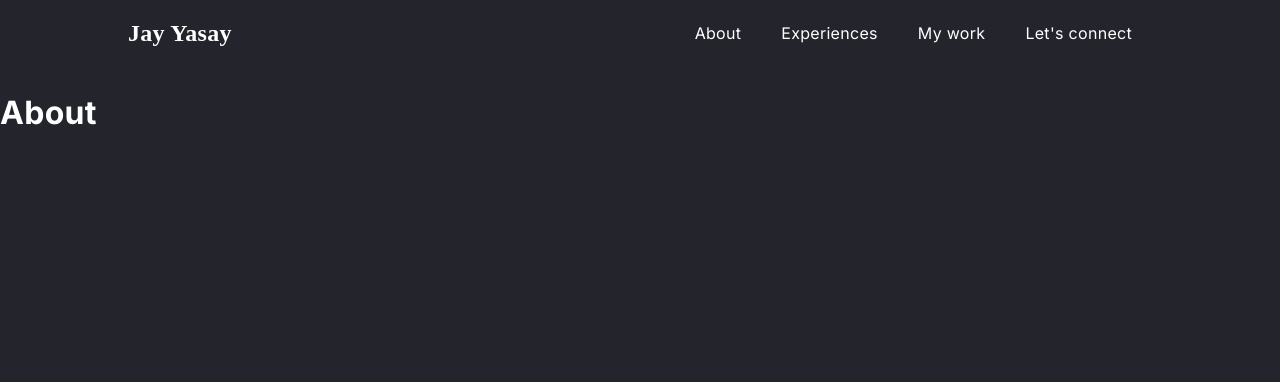
Repository: jayyasay/portfolio
Page: /about
The author's editor kept a copy of each file at every save. The page is drawn from the files as they stood at one save, then again after the next save.
The browser window is 1280 px wide. The pictures show the whole page.
Some web fonts or font styles are not loaded; a fallback is used. The project was rebuilt for these pictures with package versions that can differ from the ones it lists, and the page was loaded fresh each time. Also part of the build but not shown: src/App.css, src/pages/Home.js.

Above is the page before, as saved 2023-09-20 10:31:36.

After the next save:
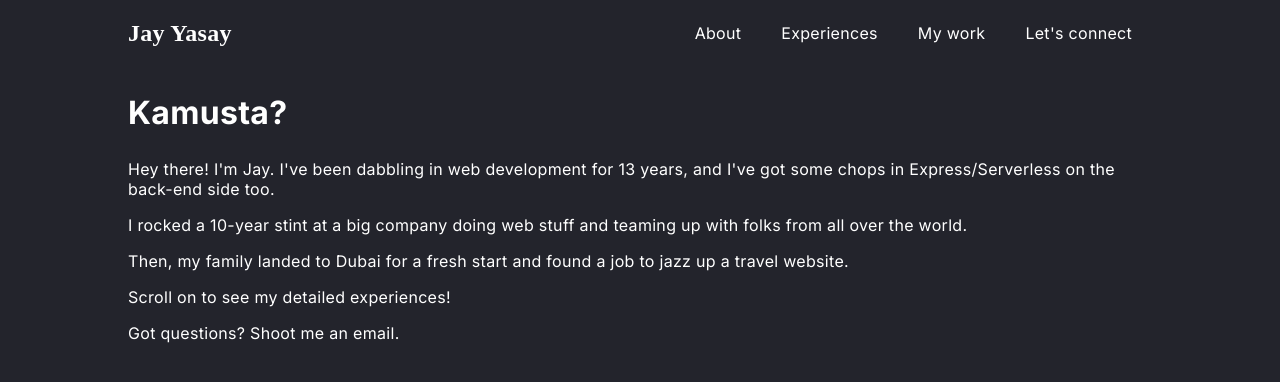
Saved 2 min 13 s later.
--- a/src/pages/About.js
+++ b/src/pages/About.js
@@ -1,7 +1,35 @@
-const About = () => {
-    return (
-        <h2>About</h2>
-    )
+import styled from "styled-components";
+
+const AboutWrapper = styled.div`
+  @media screen and (min-width: 768px) {
+    max-width:1024px;
+    margin: auto;
+  }
+`;
+
+const Home = () => {
+  return (
+    <>
+      <AboutWrapper>
+        <h2>Kamusta?</h2>
+        <p>
+            Hey there! I'm Jay. I've been dabbling in web development for 13 years, and I've got some chops in Express/Serverless on the back-end side too.
+        </p>
+        <p>
+            I rocked a 10-year stint at a big company doing web stuff and teaming up with folks from all over the world.
+        </p>
+        <p>
+            Then, my family landed to Dubai for a fresh start and found a job to jazz up a travel website.
+        </p>
+        <p>
+            Scroll on to see my detailed experiences!
+        </p>
+        <p>
+            Got questions? Shoot me an email.
+        </p>
+      </AboutWrapper>
+    </>
+  );
 };
 
-export default About;
+export default Home;
